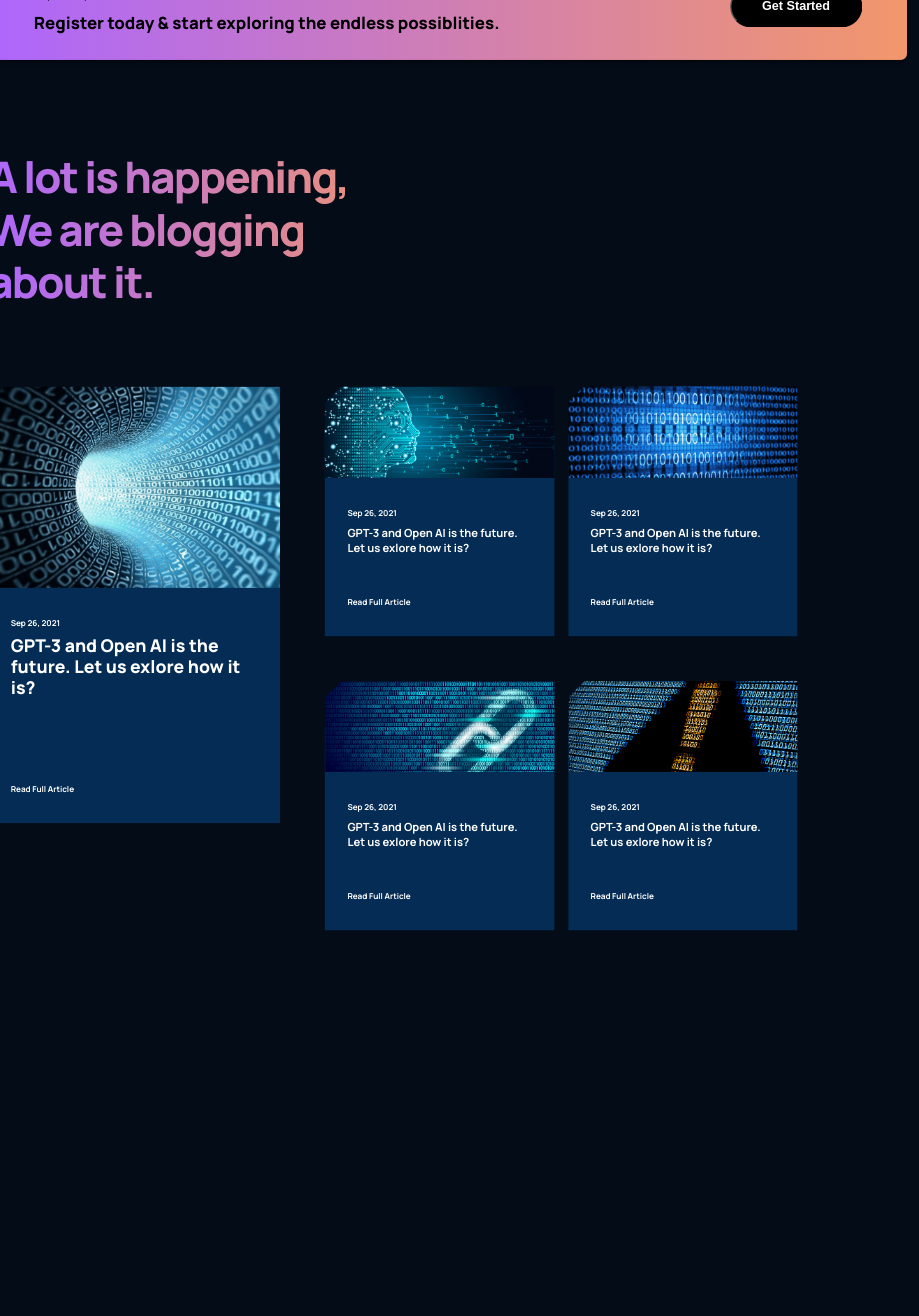
Repository: guilhermecardoso93/lp-gpt3
Page: index.html
The author's editor kept a copy of each file at every save. The page is drawn from the files as they stood at one save, then again after the next save.
The browser window is 1280 px wide. The page is 1313 px wide, so the pictures cover 1313 px, including what lies to the right of the window. The pictures show the part of the page from y = 3137 to 5017 px (the page is 6204 px tall before and 6164 px after), at 70% of full size.

Above is the page before, as saved 2022-08-23 22:33:39.

After the next save:
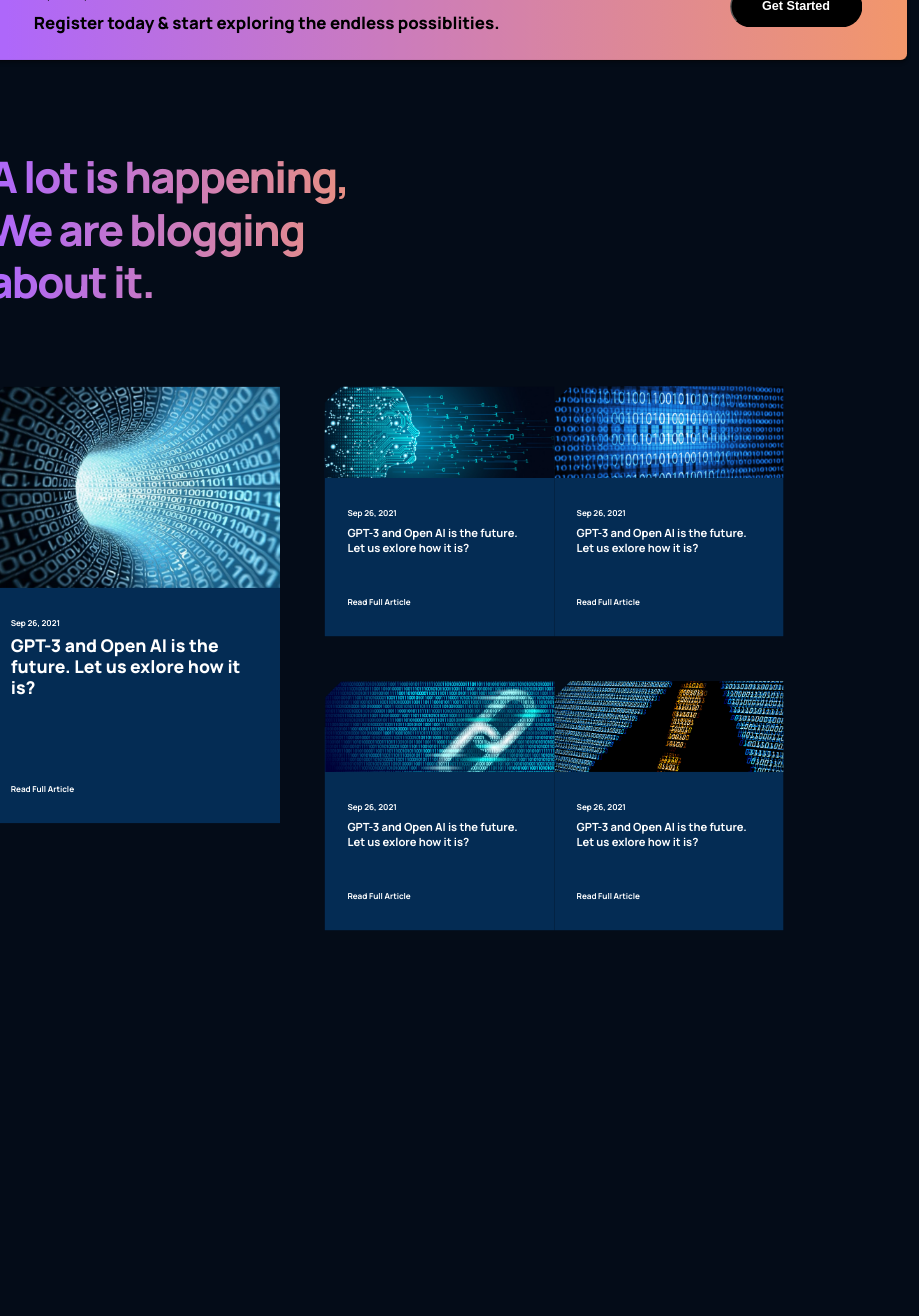
Saved 9 s later.
--- a/style.css
+++ b/style.css
@@ -497,7 +497,7 @@
   display: grid;
   grid-template-columns: 1fr 1fr 1fr;
   grid-template-rows: 1fr 1fr 1fr;
-  gap: 20px 20px;
+  //gap: 20px 20px;
   grid-template-areas:
     ". area2 area3"
     ". area4 area5"
